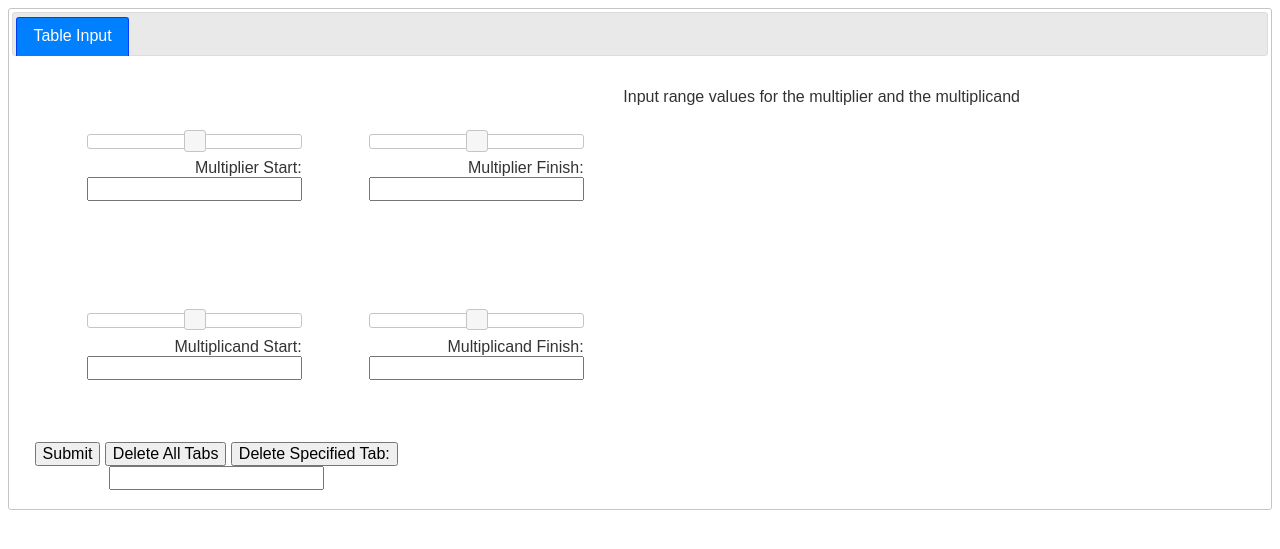
Repository: khrasna/HW4Part2
Page: index.html
The author's editor kept a copy of each file at every save. The page is drawn from the files as they stood at one save, then again after the next save.
The browser window is 1280 px wide. The pictures show the whole page.
Some web libraries are served in a nearby version.

Above is the page before, as saved 2021-11-22 16:23:16.

### index.html
<!-- HTML file for Assignment 3
By Karsten Hrasna  email Karsten_Hrasna@student.uml.edu-->
<!DOCTYPE html>
<html>

<head>
    <title>Multiplication Table</title>
    <link rel="stylesheet" href="style.css">
    <script type="text/javascript" src="https://ajax.googleapis.com/ajax/libs/jquery/3.5.1/jquery.min.js"></script>
    <script type="text/javascript" src="dist/jquery.validate.min.js"></script>
    <script type="text/javascript" src="formvalidate.js"></script>
    <script type="text/javascript"
        src="https://ajax.googleapis.com/ajax/libs/jqueryui/1.11.4/jquery-ui.min.js"></script>
    <link rel="stylesheet" href="https://ajax.googleapis.com/ajax/libs/jqueryui/1.11.4/themes/smoothness/jquery-ui.css">
</head>

<body>

    <div id="tabs">
        <ul>
            <li><a href='#tab1'>Table Input</a></li>
        </ul>
        <div id="tab1">
            <p>Input range values for the multiplier and the multiplicand</p>
            <!-- Learned from W3schools. Creates a form which takes number ranges for multiplier and multiplicand. -->
            <form id="FormInput" action="javascript:void(0);" method="get">
                <!--Learned about javascript:void(0) from Dutchie432 at https://stackoverflow.com/questions/1818249/form-with-no-action-and-where-enter-does-not-reload-page-->
                <table>
                    <tr>

                        <td class="pad">
                            <div id="slider-1" class="refresh"></div>
                            Multiplier Start: <input input="text" class="refresh" name="MultiplierStart">
                        </td>

                        <td>
                            <div id="slider-2" class="refresh"></div>
                            Multiplier Finish: <input type="text" class="refresh" name="MultiplierFinish">
                        </td>
                    </tr>
                    <tr>
                        <td class="pad">
                            <div id="slider-3" class="refresh"></div>
                            Multiplicand Start: <input type="text" class="refresh" name="MultiplicandStart">
                        </td>

                        <td>
                            <div id="slider-4" class="refresh"></div>
                            Multiplicand Finish: <input type="text" class="refresh" name="MultiplicandFinish">
                        </td>
                    </tr>
                </table>
                <input type="submit" value="Submit">
                <input type="button" name="clear" value="Delete All Tabs">
                <input type="button" name="clearx" value="Delete Specified Tab:">
                <input type="text" name="clearinput">
                <!--goes directly under form and processes the input to create a mult table-->
            </form>
        </div>
    </div>


</body>

</html>

### style.css
/*Created by Karsten Hrasna. email: Karsten_Hrasna@student.uml.edu*/
html,
body {
    height: 97%;
    text-align: center;
}

#slider-1,
#slider-2,
#slider-3,
#slider-4 {
    margin-bottom: 10px;
    margin-top: 10px;
}

div#tab1 {
    display: grid;
    grid-template-columns: 30% auto;
    /* top row of grid holds the form for input, the rest of page holds the multiplication table*/
    grid-template-rows: auto;
    height: 97%;
    text-align: center;

}

#multTable {
    margin: auto;
    border-collapse: separate;
    border-spacing: 0;
    /*the dynamically sized multiplication table */
    margin-top: 0px;
    border-bottom: 0px;

}

input[type=submit] {
    /* submit button under form spaced here */
    margin-top: 10px;
    margin-bottom: 0px;
}

#multTable td,
th {
    border: solid;
    border-color: black;
    min-width: 70px;
    font-size: 30px;
    height: 70px;
}


#multTable th {
    position: sticky;
    top: 0px;
    border-right: solid;
    border-right-color: white;
    border-bottom: solid;
    border-bottom-color: white;
    background-color: black;
    color: white;

}

#multTable th:first-child {
    position: sticky;
    top: 70px;
    left: 0;
}


.sticky {
    position: fixed;
    top: 0px;
    /* get the headers to stay fixed on mult table */
    width: 100%;
}

#multTable tr:first-child th:first-child {
    border: none;
    background-color: white;
}

#multTable p.inputError {
    margin: 0px;
}

form {
    margin-bottom: 0px;
    grid-row: 1;
}

table {
    margin-left: auto;
    margin-right: auto;
}

form td {
    text-align: right;
    justify-content: right;
    padding: 50px;
    /*line up the input form textboxes*/
}

form p {
    margin: 0px;
}

td.pad {
    padding-right: 15px;
}

### formvalidate.js
var tabs;

$(function () {
    $("#tabs").tabs();

    $("#slider-1").slider({
        min: -50, //initialize the four sliders to set the values of their respective input boxes
        max: 50,
        slide: function (event, ui) {
            $('input[name="MultiplierStart"]').val(ui.value);
        }
    });
    $("#slider-2").slider({
        min: -50,
        max: 50,
        slide: function (event, ui) {
            $('input[name="MultiplierFinish"]').val(ui.value);
        }
    });
    $("#slider-3").slider({
        min: -50,
        max: 50,
        slide: function (event, ui) {
            $('input[name="MultiplicandStart"]').val(ui.value);
        }
    });
    $("#slider-4").slider({
        min: -50,
        max: 50,
        slide: function (event, ui) {
            $('input[name="MultiplicandFinish"]').val(ui.value);
        }
    });

    $('input[name="MultiplierStart"]').on('keyup', function () { //if the input boxes values are changed, set the slider to that value
        $("#slider-1").slider("option", "value", $('input[name="MultiplierStart"]').val());
    });

    $('input[name="MultiplierFinish"]').on('keyup', function () {
        $("#slider-2").slider("option", "value", $('input[name="MultiplierFinish"]').val());
    });

    $('input[name="MultiplicandStart"]').on('keyup', function () {
        $("#slider-3").slider("option", "value", $('input[name="MultiplicandStart"]').val());
    });

    $('input[name="MultiplicandFinish"]').on('keyup', function () {
        $("#slider-4").slider("option", "value", $('input[name="MultiplicandFinish"]').val());
    });


    $.validator.addMethod("less", function (value, element, params) {
        if (params[0].value == "") {
            return true; // dont want it to say that the start has to be greater than finish if no finish given. instead it will say to give finish value in other error
        } else {
            return this.optional(element) || +value <= +params[0].value;

        } //checks to make sure that the starts are less than the finishes, learned from
    }); // https://jqueryvalidation.org/jQuery.validator.addMethod/

    $.validator.addMethod("checkval", function (value, element) {
        if (value == "") {
            return true; // dont want it to say that the start has to be greater than finish if no finish given. instead it will say to give finish value in other error
        } else {
            return this.optional(element) || +value > 1;

        } //checks to make sure that the starts are less than the finishes, learned from
    });


    $("#FormInput").validate({
        //this makes it so the validator updates the error messages whenever new input is typed.
        //learned about onkeyup at https://www.sitepoint.com/jquery-validation-validate-form-submit/
        rules: {
            MultiplierStart: {
                range: [-50, 50],
                less: $('input[name="MultiplierFinish"]'),
                required: true

            },
            MultiplierFinish: { //rules for form input. makes sure the numbers are in range, and that the fields have input in them.
                required: true,
                range: [-50, 50]
            },

            MultiplicandStart: {
                range: [-50, 50],
                less: $('input[name="MultiplicandFinish"]'),
                required: true
            },

            MultiplicandFinish: {
                range: [-50, 50],
                required: true
            }
        },

        messages: {
            MultiplierStart: {
                required: "Multiplier Start must be a digit between -50 and 50",
                range: "The range of Multiplier Start must stay within -50 and 50",
                less: "The value of Multiplier Start must be less than or equal to Multiplier Finish."
            },

            MultiplierFinish: {
                required: "Multiplier Finish must be a digit between -50 and 50",
                range: "The range of Multiplier Finish must stay within -50 and 50",
            },

            MultiplicandStart: {
                required: "Multiplicand Start must be a digit between -50 and 50",
                range: "The range of Multiplicand Start must stay within -50 and 50",
                less: "The value of Multiplicand Start must be less than or equal to Multiplicand Finish."
            },

            MultiplicandFinish: {
                required: "Multiplicand Finish must be a digit between -50 and 50",
                range: "The range of Multiplicand Finish must stay within -50 and 50",
            }


        },

        errorPlacement: function (error, element) {
            $(error).appendTo($(('#FormInput'))); //place the errors below the form
        },
        errorElement: "p"

    });

    $(".refresh").on("input", function () {
        console.log(1);
    });

    $(".refresh").on("slide", function () {
        console.log(2);
    });


    $('input[type="submit"]').on('click', function () { //check if form is valid and process table if true
        $('input[name="clearinput"]').rules('remove');
        if ($("#FormInput").valid()) {
            process();
        }
    });



    $('input[name="clear"]').on("click", function () { //clear all tabs except main tab
        for (var i = 2; i <= tabs; i++) {
            $("#tabs").find("li:not(:first)").remove();
            $("#tabs").tabs('refresh');
        }
        tabs = 1;
    });

    $('input[name="clearx"]').on("click", function () { //clear a specified tab with a range of 2 - number of tabs
        console.log(tabs);
        console.log($("#FormInput").validate().settings.rules);
        $('input[name="clearinput"]').rules('add', {
            digits: true,
            required: true,
            range: [2, tabs],
            checkval: true,

            messages: {
                digits: "Please make your specified tab to be deleted contain only numbers within the indicated range.",
                range: "Please choose a tab between 2 and " + tabs,
                checkval: "Please enter a tab value which is greater than 1.",
                required: "Please enter a value for the Delete Specified Tab value."
            }
        });

        if ($('input[name="clearinput"]').valid()) { //if the specified tab to be removed is valid then remove it
            var removetab = $('input[name="clearinput"]').val();
            $("#tabs").find("li:nth-child(" + removetab + ")").remove();
            $("#tabs").tabs('refresh');

            if (tabs > 1) {
                tabs -= 1;
            }
        }

    })

});

function process() {
    var multStart = $('input[name="MultiplierStart"]').val();
    var multFinish = $('input[name="MultiplierFinish"]').val();
    var multiplicandStart = $('input[name="MultiplicandStart"]').val();
    var multiplicandFinish = $('input[name="MultiplicandFinish"]').val();

    //clear old table and create a table with size based on input given
    const rowVals = [];
    const colVals = []; //these will hold the values of the multiplier and multiplicand
    var rows = multFinish - multStart;
    var cols = multiplicandFinish - multiplicandStart;
    tabs = $("#tabs ul li").length + 1; //number of tabs, learned from https://stackoverflow.com/questions/14702631/in-jquery-ui-1-9-how-do-you-create-new-tabs-dynamically
    for (var i = 0; i <= cols; i++) {
        colVals[i] = (+multiplicandStart + +i); //save the values of the numbers being multiplied
    }
    for (var i = 0; i <= rows; i++) {
        rowVals[i] = (+multStart + +i);
    }
    var table = createTable(rows, cols, rowVals, colVals); //create table based on total rows and cols, and top and left are the sets of multipliers and multiplicands
    table.id = "multTable";
    //adds list item to tab list with parameters as title
    $("#tabs ul").append("<li><a href='#tab" + tabs + "'>" + multStart + " " + multFinish + " " + multiplicandStart + " " + multiplicandFinish + "</a></li>");
    $("#tabs").append("<div id='tab" + tabs + "'></div>"); //also learned from https://stackoverflow.com/questions/14702631/in-jquery-ui-1-9-how-do-you-create-new-tabs-dynamically
    $("#tab" + tabs).append(table); //adds the table to a new tab
    $("#tabs").tabs("refresh");

}

function createTable(rows, cols, rowVals, colVals) {
    var t = document.createElement('table');
    for (var x = 0; x <= rows + 1; x++) { // rows and cols + 1 to indicate ranges of numbers
        var r = document.createElement('tr');
        t.appendChild(r);
        for (var y = 0; y <= cols + 1; y++) { //creates the cols of the table row by row
            if (y == 0) {
                var c = document.createElement('th'); //create and insert element based on position in table
                c.id = "topHeader";
                if (x != 0) {
                    c.innerHTML = rowVals[x - 1]; // - 1 because it is moved over 1 to the right
                }
            } else if (x == 0) {
                var c = document.createElement('th');
                if (y != 0) {
                    c.innerHTML = colVals[y - 1];
                }
            } else {
                var c = document.createElement('td');
                c.innerHTML = rowVals[x - 1] * colVals[y - 1];
                if (((y % 2) + (x % 2)) == 0 || ((y % 2) + (x % 2)) == 2) { // checker board effect
                    c.style.backgroundColor = "gray";
                }
            }
            r.appendChild(c);
        }
    }
    return t;
}

Loaded but not shown: dist/jquery.validate.min.js (library)

After the next save:
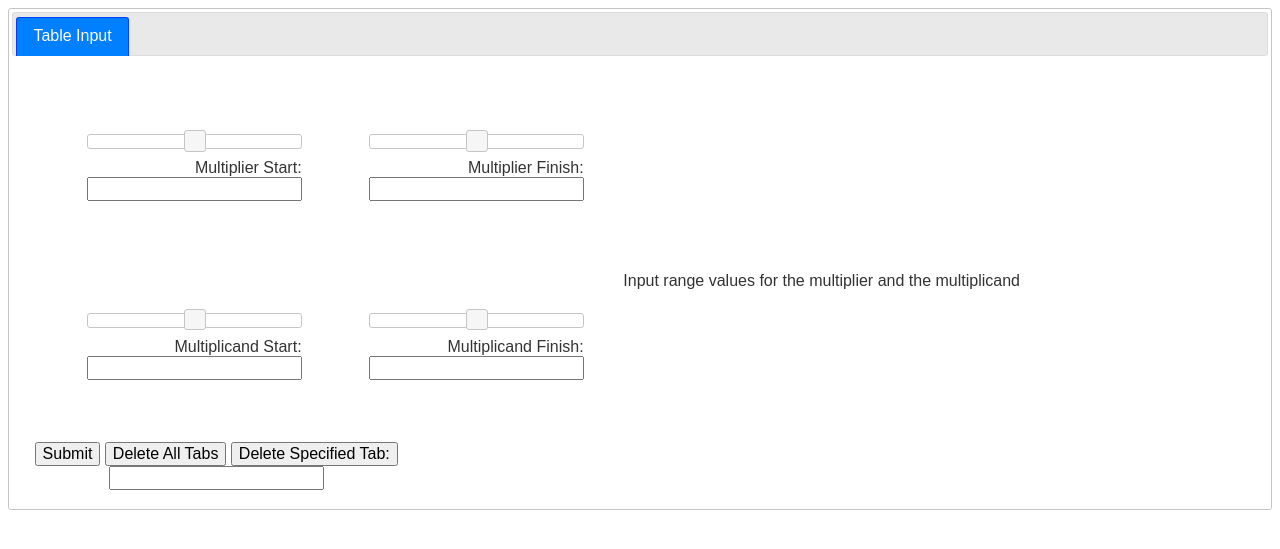
Saved 54 s later.
--- a/style.css
+++ b/style.css
@@ -19,8 +19,12 @@
     /* top row of grid holds the form for input, the rest of page holds the multiplication table*/
     grid-template-rows: auto;
     height: 97%;
+
+}
+
+p {
+    margin: auto;
     text-align: center;
-
 }
 
 #multTable {

After the save that followed:
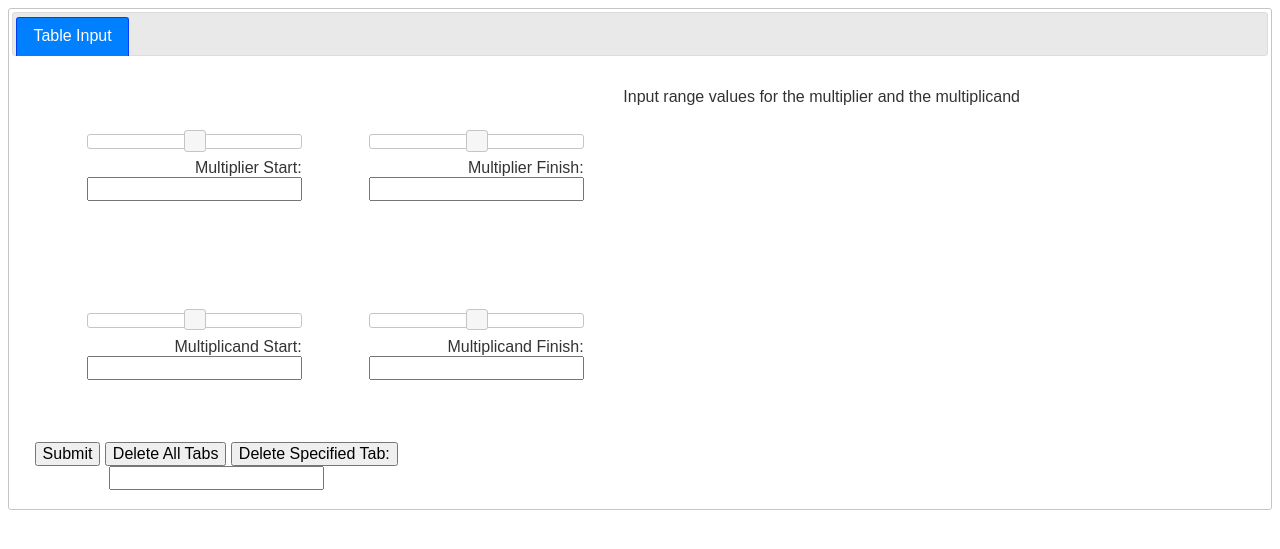
Saved 10 s later.
--- a/style.css
+++ b/style.css
@@ -23,8 +23,7 @@
 }
 
 p {
-    margin: auto;
-    text-align: center;
+    height: auto;
 }
 
 #multTable {
